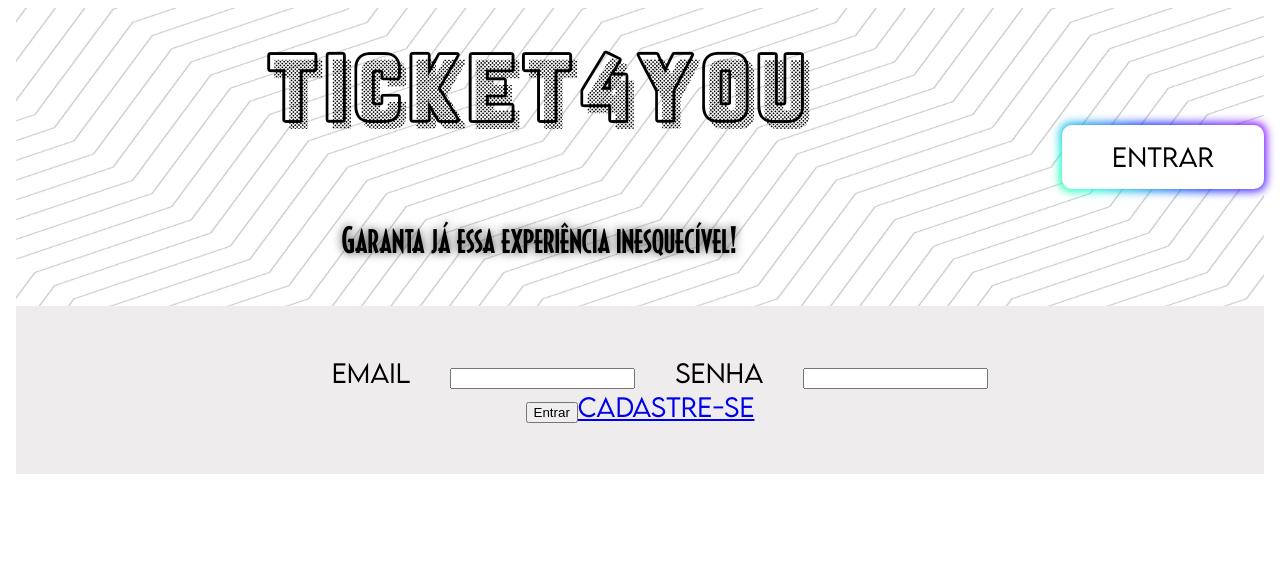
Repository: hellengurgaczz/projeto-DSA
Page: /login
These files come from the project's save history. The page is drawn as it stood at one moment and after the next save; the edit follows.
The browser window is 1280 px wide. The pictures show the whole page.
The project was rebuilt for these pictures with package versions that can differ from the ones it lists, and the page was loaded fresh each time. Some packages were replaced by stand-ins written for this rebuild. Also part of the build but not shown: angular.json, src/app/ingressos/templates/cadastrar/cadastrar.component.ts, src/app/models/ingresso.model.ts, src/app/services/ingresso.service.ts, src/app/compra/comprar-ingresso/comprar-ingresso.component.ts, src/app/models/compra.model.ts, src/app/services/compra.service.ts, src/app/ingressos/templates/deletar/deletar.component.ts and 3 more.

Above is the page before, as saved 2022-05-10 12:31:00.

After the next save:
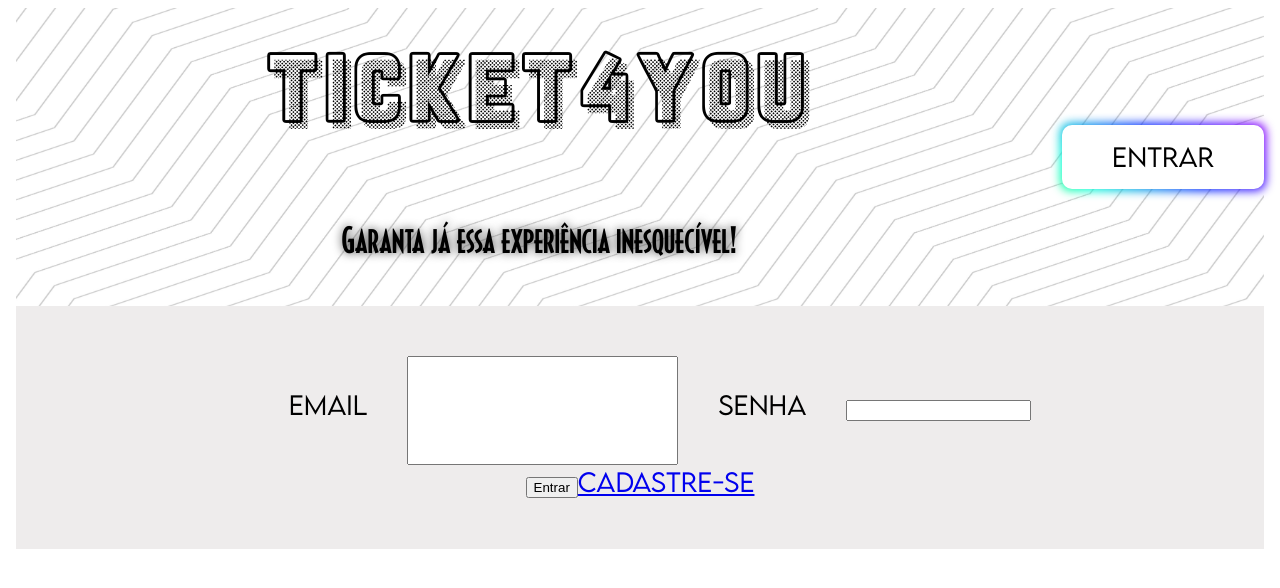
Saved 5 s later.
--- a/src/app/login/login.component.css
+++ b/src/app/login/login.component.css
@@ -14,7 +14,7 @@
 }
 
 .emailinput{
-
+  padding: 45px;
 }
 
 @font-face{
